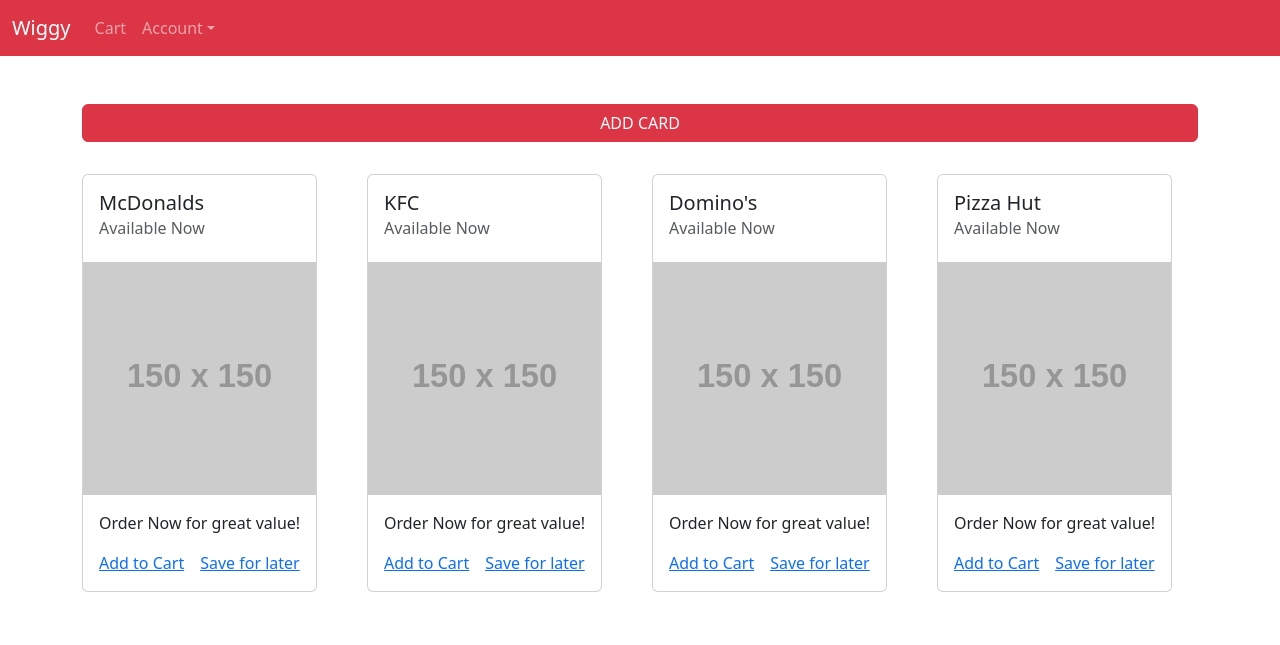
Repository: MohammadGulshan/wiggy
Page: / (app in client/)
An editor plug-in stored every save of this project. The page is shown before and after the next save, followed by the edit.
The browser window is 1280 px wide. The pictures show the whole page.
The project was rebuilt for these pictures with package versions that can differ from the ones it lists, and the page was loaded fresh each time. Also part of the build but not shown: client/src/App.css.

Above is the page before, as saved 2020-12-11 04:32:04.

After the next save:
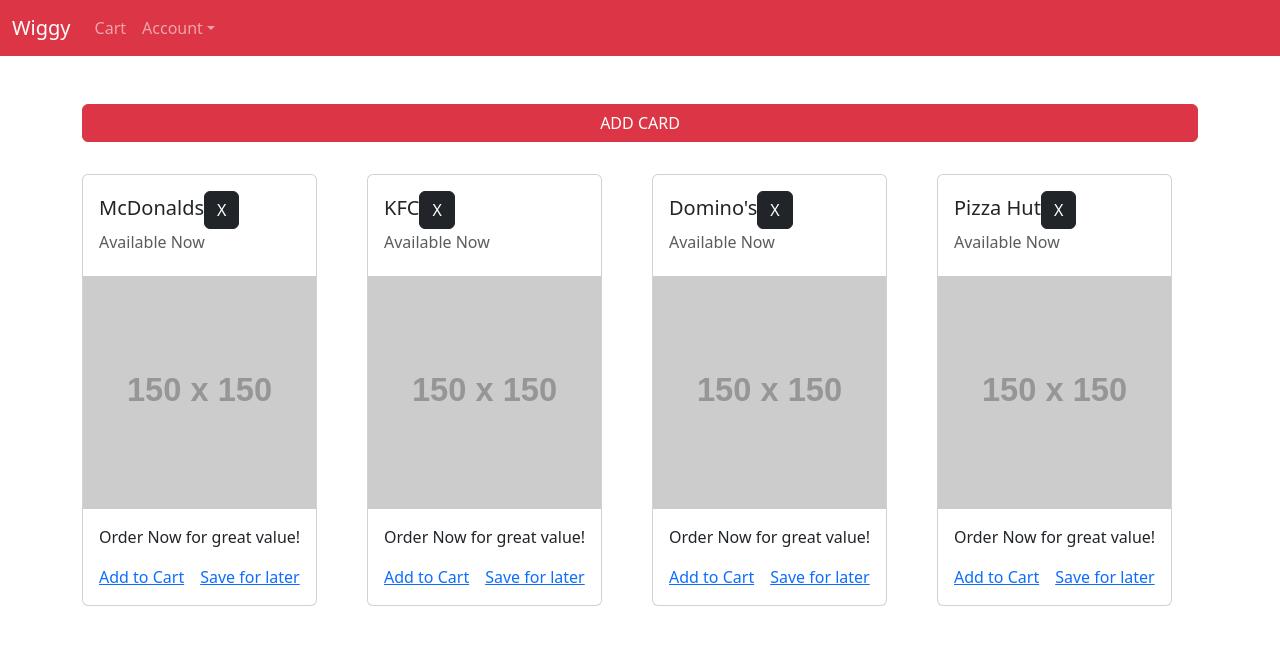
Saved 5 min 8 s later.
--- a/client/src/components/AppCards.js
+++ b/client/src/components/AppCards.js
@@ -45,6 +45,7 @@
                                             <CardBody>
                                                 <CardTitle tag="h5">
                                                     {value.name}
+                                                    <Button color="dark">X</Button>
                                                 </CardTitle>
                                                 <CardSubtitle tag="h6" className="mb-2 text-muted">Available Now</CardSubtitle>
                                             </CardBody>
